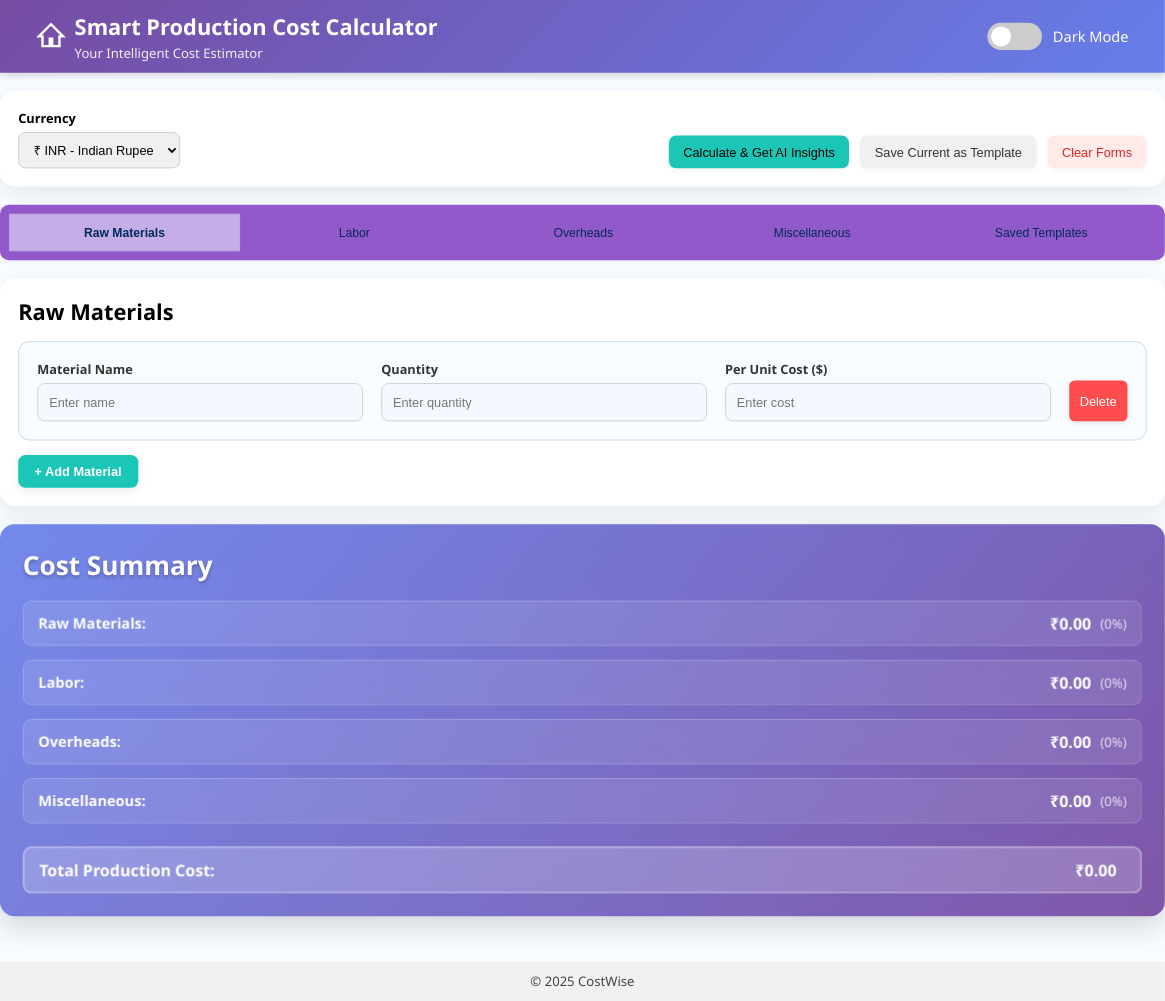
Repository: syntaxion25/COSTWISE
Page: index.html
The author's editor kept a copy of each file at every save. The page is drawn from the files as they stood at one save, then again after the next save.
The browser window is 1280 px wide. The pictures show the whole page, at 91% of full size.

Above is the page before, as saved 2025-06-13 19:38:27.
Console error: ReferenceError: savedTemplates is not defined

After the next save:
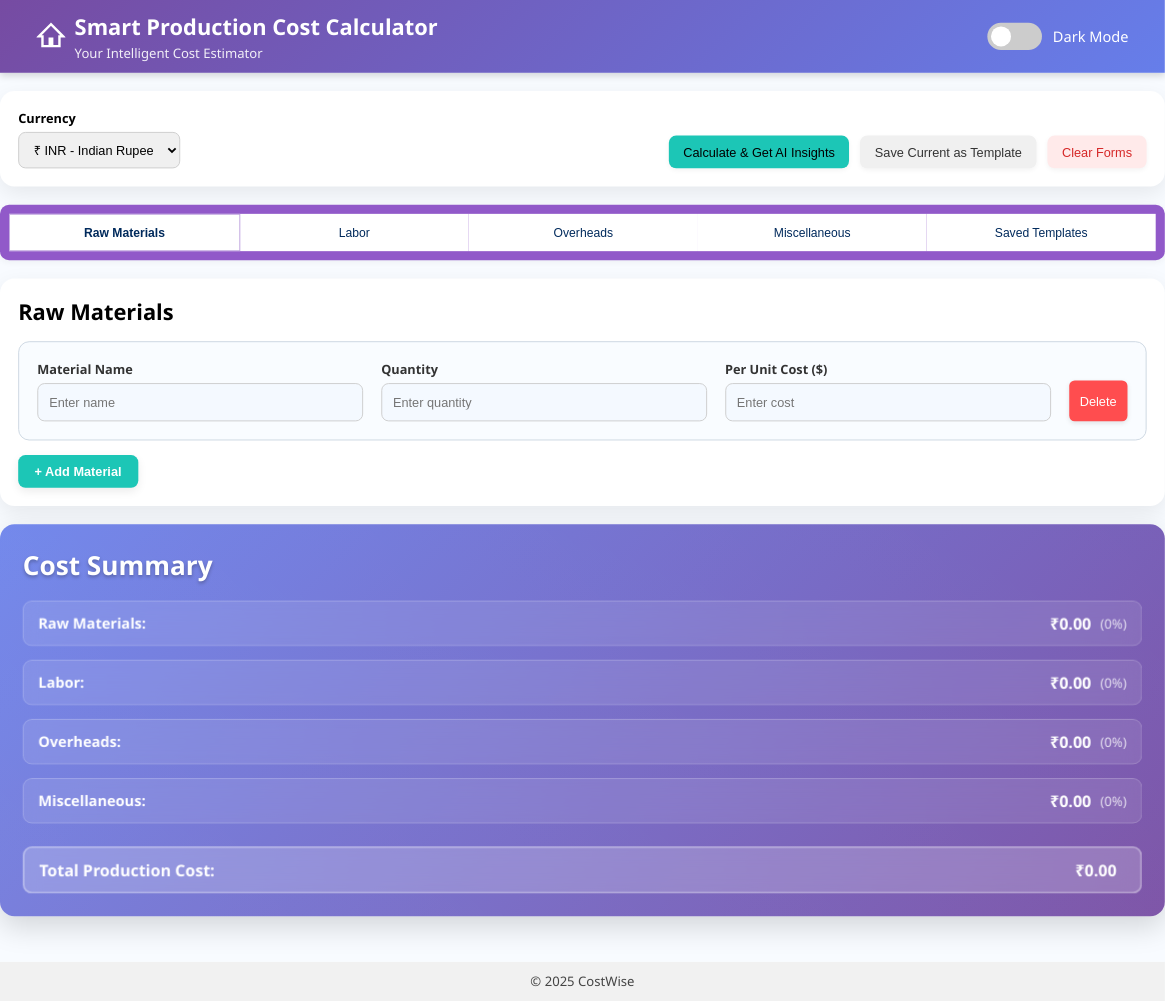
Saved 96 s later.
--- a/style.css
+++ b/style.css
@@ -266,7 +266,7 @@ svg {
 
 .tab {
   flex: 1;
-   background-color:  #9159c9;
+   background-color:  #ffffff;
   padding: 12px 16px;
   text-align: center;
   color: #002a5c;
@@ -282,7 +282,7 @@ svg {
 }
 
 .tab.active {
-  background-color: #c5ade7;
+  background-color: #ffffff;
   font-weight: bold;
   border: 1.5px solid #bfa4de;
 }
